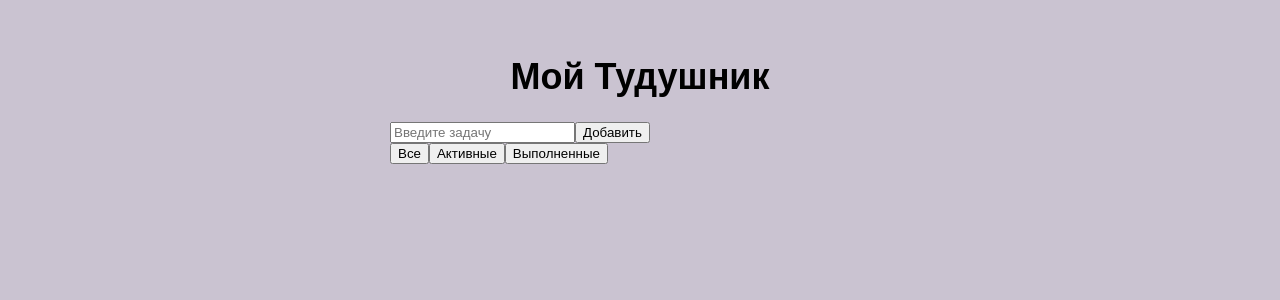
Repository: AlekCawka/-todo-project
Page: /
These files come from the project's save history. The page is drawn as it stood at one moment and after the next save; the edit follows.
The browser window is 1280 px wide. The pictures show the whole page.
The project was rebuilt for these pictures with package versions that can differ from the ones it lists, and the page was loaded fresh each time. Also part of the build but not shown: vite.config.js.

Above is the page before, as saved 2025-08-06 10:58:44.

### src/main.jsx
import React from 'react'
import ReactDOM from 'react-dom/client'
import App from './App.jsx'

ReactDOM.createRoot(document.getElementById('root')).render(
  <React.StrictMode>
    <App />
  </React.StrictMode>
)

### src/App.jsx
import React, { useState } from 'react';
import { useTodos } from './hooks/useTodos';

import './App.css';

const App = () => {
  const { todos, addTodo, deleteTodo, updateTodo, toggleCompleted } = useTodos();
  const [inputValue, setInputValue] = useState('');
  const [filter, setFilter] = useState('all');

  const handleAdd = () => {
    addTodo(inputValue);
    setInputValue('');
  }

  const handleChange = (e) => {
    setInputValue(e.target.value);
  }

  const filteredTodos = todos.filter(todo => {
    if (filter === 'active') return !todo.completed;
    if (filter === 'completed') return todo.completed;
    return true;
  });

  return (
    <div className="container">
      <h1 className="title">Мой Тудушник</h1>

      <div className="form">
        <input
          type="text"
          placeholder="Введите задачу"
          value={inputValue}
          onChange={handleChange}
        />
        <button onClick={handleAdd}>Добавить</button>
      </div>

      <div className="filters">
        <button onClick={() => setFilter('all')}>Все</button>
        <button onClick={() => setFilter('active')}>Активные</button>
        <button onClick={() => setFilter('completed')}>Выполненные</button>
      </div>

      <ul className="list">
        {filteredTodos.map(todo => (
          <li key={todo.id} className="todo-item">
            <input
              type="checkbox"
              checked={todo.completed}
              onChange={() => toggleCompleted(todo.id)}
            />
            <span
              style={{ textDecoration: todo.completed ? 'line-through' : 'none' }}
            >
              {todo.text}
            </span>
            <button onClick={() => {
              const newText = prompt('Новое значение:', todo.text);
              if (newText) updateTodo(todo.id, newText);
            }}>✏️</button>
            <button onClick={() => deleteTodo(todo.id)}>🗑️</button>
          </li>
        ))}
      </ul>
    </div>
  );
};

export default App;

### src/hooks/useTodos.js
import { useState, useEffect } from 'react';
import { Trash2, Edit, Clock, Calendar, CheckSquare, Square } from 'lucide-react';

const generateId = () => crypto?.randomUUID?.() || `${Date.now()}-${Math.random()}`;

export const useTodos = () => {
    const [todos, setTodos] = useState([]);

    const normalize = (text) => text.trim().toLowerCase();

    useEffect(() => {
        const stored = localStorage.getItem('todos');
        if (stored) {
            setTodos(JSON.parse(stored));
        }
    }, []);

    useEffect(() => {
        localStorage.setItem('todos', JSON.stringify(todos));
    }, [todos]);

    const addTodo = (text, deadline = null) => {
        const trimmed = text.trim();

        if (!trimmed) return;

        const isDuplicate = todos.some(todo => normalize(todo.text) === normalize(text));

        if (isDuplicate) {
            return;
        }

        const newTodo = {
            id: generateId(),
            text: trimmed,
            completed: false,
            createdAt: new Date().toISOString(),
            deadline: deadline || null,
        };
        setTodos(prevTodos => [newTodo, ...prevTodos]);
    };

    const deleteTodo = (id) => {
        setTodos(prev => prev.filter(todo => todo.id !== id));
    };

    const updateTodo = (id, updates) => {
        setTodos(prev =>
            prev.map(todo =>
                todo.id === id ?
                    { ...todo, ...updates } : todo
            )
        );
    };

    const toggleCompleted = (id) => {
        setTodos(prev =>
            prev.map(todo =>
                todo.id === id ?
                    { ...todo, completed: !todo.completed } : todo
            )
        )
    }

    return {
        todos,
        addTodo,
        deleteTodo,
        updateTodo,
        toggleCompleted
    };
};

### src/App.css
body {
    font-family: sans-serif;
    background: rgb(202, 195, 209);
    margin: 0;
    padding: 0;
}

.container {
    max-width: 500px;
    margin: 0 auto;
    padding: 32px 16px;
}

.title {
    text-align: center;
    font-size: 36px;
}
/*
.container {
  max-width: 500px;
  margin: 0 auto;
  padding: 2rem 1rem;
}

.title {
  text-align: center;
  font-size: 24px;
  margin-bottom: 1.5rem;
  color: #333;
} */

After the next save:
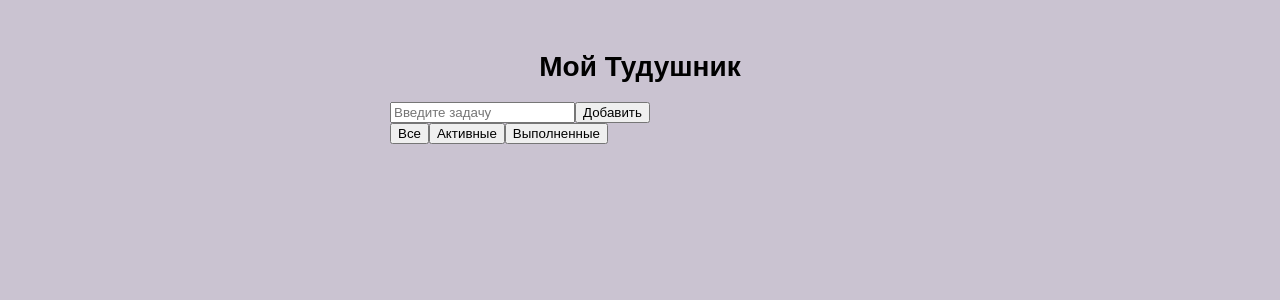
Saved 5 s later.
--- a/src/App.css
+++ b/src/App.css
@@ -13,7 +13,7 @@ body {
 
 .title {
     text-align: center;
-    font-size: 36px;
+    font-size: 28px;
 }
 /*
 .container {
